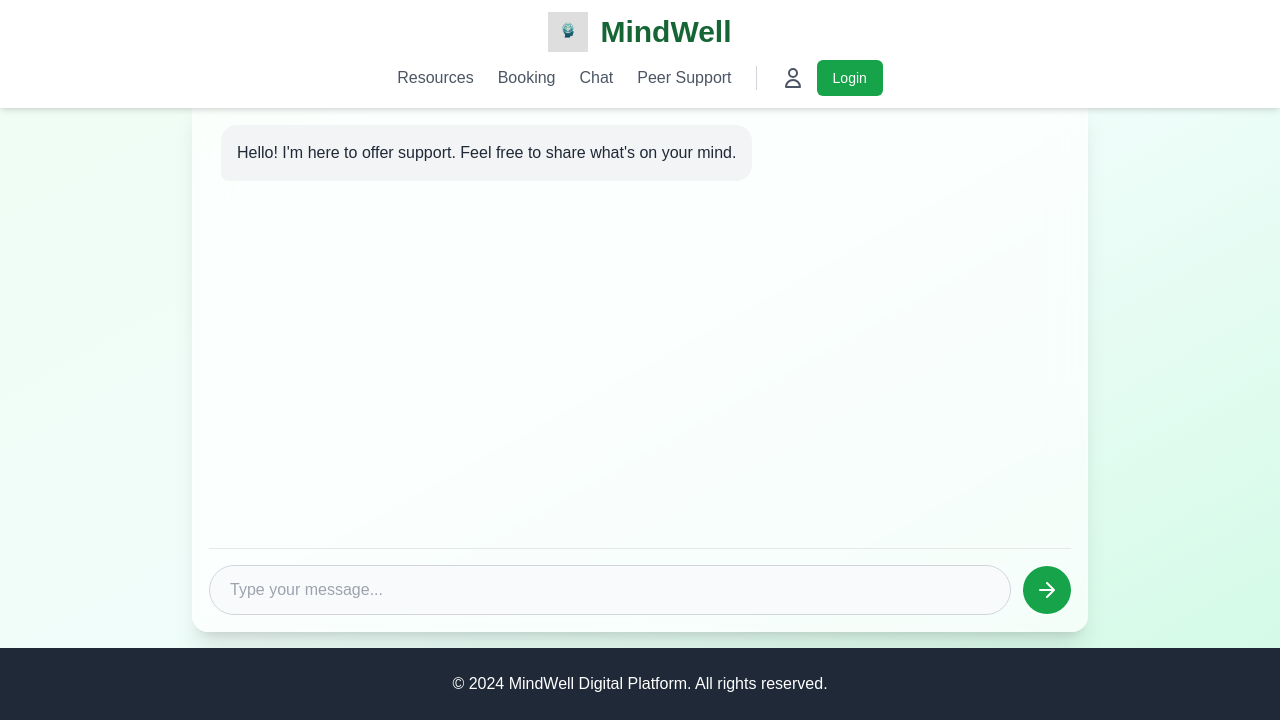
Repository: alokse24b01025/mentalhealth-project-sih-
Page: /chat (app in p1/)
These files come from the project's save history. The page is drawn as it stood at one moment and after the next save; the edit follows.
The browser window is 1280 px wide. The pictures show the whole page.
The project was rebuilt for these pictures with package versions that can differ from the ones it lists, and the page was loaded fresh each time. Also part of the build but not shown: p1/vite.config.js, p1/src/pages/HomePage.jsx, p1/src/components/ResourceCard.jsx, p1/src/data/mockResources.js, p1/src/pages/ResourcesPage.jsx, p1/src/components/CounselorCard.jsx, p1/src/data/mockCounselors.js, p1/src/pages/BookingPage.jsx and 4 more.

Above is the page before, as saved 2025-09-10 12:05:38.

### p1/index.html
<!doctype html>
<html lang="en">
  <head>
    <meta charset="UTF-8" />
    <link rel="icon" type="image/svg+xml" href="/logo.png" />
    <meta name="viewport" content="width=device-width, initial-scale=1.0" />
    <title>MINDwell</title>
  </head>
  <body>
    <div id="root"></div>
    <script type="module" src="/src/main.jsx"></script>
  </body>
</html>

### p1/src/App.jsx
import React from 'react';
import { BrowserRouter as Router, Routes, Route } from 'react-router-dom';
import { AuthProvider } from './AuthContext'; // Import the provider

// Import your pages
import HomePage from './pages/HomePage';
import ChatPage from './pages/ChatPage';
import ResourcesPage from './pages/ResourcesPage';
import BookingPage from './pages/BookingPage';
import PeerSupportPage from './pages/PeerSupportPage';
import AdminDashboard from './pages/AdminDashboard';
import LoginPage from './pages/LoginPage'; // Import the new login page
import './index.css';

function App() {
  return (
    <AuthProvider> {/* Wrap everything in AuthProvider */}
      <Router>
        <Routes>
          <Route path="/" element={<HomePage />} />
          <Route path="/chat" element={<ChatPage />} />
          <Route path="/resources" element={<ResourcesPage />} />
          <Route path="/booking" element={<BookingPage />} />
          <Route path="/peer-support" element={<PeerSupportPage />} />
         <Route path="/admin" element={<AdminDashboard />} />
          <Route path="/login" element={<LoginPage />} /> {/* Add the login route */}
        </Routes>
      </Router>
    </AuthProvider>
  );
}

export default App;

### p1/src/index.css
@tailwind base;
@tailwind components;
@tailwind utilities;

body {
  font-family: Arial, sans-serif;
  -webkit-font-smoothing: antialiased;
  -moz-osx-font-smoothing: grayscale;
}

### p1/src/AuthContext.jsx
import React, { useContext, useState, useEffect } from 'react';
import { auth } from './firebase';
import {
  onAuthStateChanged,
  signOut,
  signInWithEmailAndPassword
} from "firebase/auth";

const AuthContext = React.createContext();

// This is the function that was likely missing the 'export' keyword
export function useAuth() {
  return useContext(AuthContext);
}

export function AuthProvider({ children }) {
  const [currentUser, setCurrentUser] = useState(null);
  const [loading, setLoading] = useState(true);

  function login(email, password) {
    return signInWithEmailAndPassword(auth, email, password);
  }

  function logout() {
    return signOut(auth);
  }

  useEffect(() => {
    const unsubscribe = onAuthStateChanged(auth, user => {
      setCurrentUser(user);
      setLoading(false);
    });

    return unsubscribe;
  }, []);

  const value = {
    currentUser,
    login,
    logout
  };

  return (
    <AuthContext.Provider value={value}>
      {!loading && children}
    </AuthContext.Provider>
  );
}

### p1/src/pages/ChatPage.jsx
import React from 'react';
import Header from '../components/Header';
import Footer from '../components/Footer';
import Chatbot from '../components/Chatbot';

const ChatPage = () => {
  return (
    // This creates a full-height, vertical layout for the entire page
    <div className="h-screen flex flex-col bg-gradient-to-br from-green-50 via-teal-50 to-emerald-100">
      <Header />

      {/* --- FIX APPLIED HERE: Removed 'justify-center' --- */}
      {/* This main section will now align its content to the top */}
      <main className="flex-1 w-full flex flex-col items-center p-4 overflow-hidden">

        {/* This container holds all chat UI and fills the main area without overflowing */}
        <div className="w-full max-w-4xl flex-1 flex flex-col min-h-0">

          {/* The title is now guaranteed to be visible at the top of the content area */}
          <div className="text-center mb-4">
            <h2 className="text-3xl font-bold text-green-900">AI-Guided First-Aid Support</h2>
            <p className="mt-1 text-gray-600">Your confidential space to talk. Type a message to begin.</p>
          </div>

          {/* The Chatbot component will fill the remaining space below the title */}
          <Chatbot />

        </div>
      </main>

      <Footer />
    </div>
  );
};

export default ChatPage;

### p1/src/firebase.js
import { initializeApp } from "firebase/app";
import { getAuth } from "firebase/auth";

// IMPORTANT: Replace this with the firebaseConfig object you copied from the Firebase console
const firebaseConfig = {
  apiKey: "YOUR_API_KEY",
  authDomain: "YOUR_AUTH_DOMAIN",
  projectId: "YOUR_PROJECT_ID",
  storageBucket: "YOUR_STORAGE_BUCKET",
  messagingSenderId: "YOUR_MESSAGING_SENDER_ID",
  appId: "YOUR_APP_ID"
};

// Initialize Firebase
const app = initializeApp(firebaseConfig);

// Export the auth instance to be used in other parts of the app
export const auth = getAuth(app);

### p1/src/components/Header.jsx
import React, { useState } from 'react';
import { Link } from 'react-router-dom';
import logo from '../assets/logo.png';
import { useAuth } from '../AuthContext';

const Header = () => {
  const { currentUser, logout } = useAuth();
  const [isLoggingOut, setIsLoggingOut] = useState(false);

  const handleLogout = async () => {
    setIsLoggingOut(true);
    try {
      await logout();
    } catch (error) {
      console.error("Failed to log out:", error);
    } finally {
      setIsLoggingOut(false);
    }
  };

  const profileIcon = (
    <svg xmlns="http://www.w3.org/2000/svg" className="h-6 w-6" fill="none" viewBox="0 0 24 24" stroke="currentColor" strokeWidth={2}>
      <path strokeLinecap="round" strokeLinejoin="round" d="M16 7a4 4 0 11-8 0 4 4 0 018 0zM12 14a7 7 0 00-7 7h14a7 7 0 00-7-7z" />
    </svg>
  );

  return (
    <header className="bg-white shadow-md fixed top-0 w-full z-50 py-3 flex flex-col items-center">

      {/* Top Row: Centered Logo and Name */}
      <div className="mb-2">
        <Link to="/" className="flex items-center justify-center gap-x-3">
          <img src={logo} alt="MindWell Logo" className="h-10 w-auto" />
          <h1 className="text-3xl font-bold text-green-800 hidden md:block">MindWell</h1>
        </Link>
      </div>

      {/* Bottom Row: Navigation Links */}
      <nav className="flex items-center justify-center flex-wrap gap-x-6 gap-y-2 px-4">
        <Link to="/resources" className="text-gray-600 hover:text-green-600 transition-colors">Resources</Link>
        <Link to="/booking" className="text-gray-600 hover:text-green-600 transition-colors">Booking</Link>
        <Link to="/chat" className="text-gray-600 hover:text-green-600 transition-colors">Chat</Link>
        <Link to="/peer-support" className="text-gray-600 hover:text-green-600 transition-colors">Peer Support</Link>

        <div className="border-l border-gray-300 h-6"></div>

        {currentUser ? (
          <div className="flex items-center space-x-3">
            <span className="text-gray-600">{profileIcon}</span>
            <button
              onClick={handleLogout}
              disabled={isLoggingOut}
              className={`text-white px-4 py-2 text-sm rounded-md transition-colors ${
                isLoggingOut
                  ? 'bg-red-300 cursor-not-allowed'
                  : 'bg-red-500 hover:bg-red-600'
              }`}
            >
              {isLoggingOut ? '...' : 'Logout'}
            </button>
          </div>
        ) : (
          <div className="flex items-center space-x-3">
            <Link to="/login" className="text-gray-600 hover:text-green-600">
              {profileIcon}
            </Link>
            <Link
              to="/login"
              className="bg-green-600 text-white px-4 py-2 text-sm rounded-md hover:bg-green-700 transition-colors"
            >
              Login
            </Link>
          </div>
        )}
      </nav>
    </header>
  );
};

export default Header;

### p1/src/components/Footer.jsx
import React from 'react';

const Footer = () => {
  return (
    <footer className="bg-gray-800 text-white p-6 text-center">
      <p>&copy; 2024 MindWell Digital Platform. All rights reserved.</p>
    </footer>
  );
};
export default Footer;

### p1/src/components/Chatbot.jsx
import React, { useState, useRef, useEffect } from 'react';

const Chatbot = () => {
  const [messages, setMessages] = useState([
    { text: "Hello! I'm here to offer support. Feel free to share what's on your mind.", sender: 'bot' }
  ]);
  const [input, setInput] = useState('');
  const [isLoading, setIsLoading] = useState(false);
  const messagesEndRef = useRef(null);

  const scrollToBottom = () => {
    messagesEndRef.current?.scrollIntoView({ behavior: "smooth" });
  };

  useEffect(scrollToBottom, [messages]);

  const handleSend = async () => {
    if (input.trim() === '') return;

    const userMessage = { text: input, sender: 'user' };
    setMessages(prev => [...prev, userMessage]);
    const currentInput = input;
    setInput('');
    setIsLoading(true);

    try {
      const response = await fetch('http://localhost:5000/api/chat', {
        method: 'POST',
        headers: {
          'Content-Type': 'application/json',
        },
        body: JSON.stringify({ message: currentInput }),
      });

      if (!response.ok) {
        throw new Error(`HTTP error! status: ${response.status}`);
      }

      const data = await response.json();
      const botMessage = { text: data.reply, sender: 'bot' };
      setMessages(prev => [...prev, botMessage]);
    } catch (error) {
      console.error("Failed to fetch from AI:", error);
      setMessages(prev => [...prev, { text: "Sorry, I'm having trouble connecting right now. Please try again later.", sender: 'bot' }]);
    } finally {
      setIsLoading(false);
    }
  };

  return (
    // --- CHANGE IS HERE ---
    // This container now grows to fill the space from its parent
    <div className="flex-1 flex flex-col bg-white/70 backdrop-blur-lg border border-white/20 shadow-xl rounded-2xl p-4 min-h-0">

      {/* This message area is now the ONLY scrollable part */}
      <div className="flex-1 overflow-y-auto mb-4 p-3 space-y-4">
        {messages.map((msg, index) => (
          <div key={index} className={`flex items-end max-w-[85%] ${msg.sender === 'user' ? 'self-end ml-auto' : 'self-start'}`}>
            <div className={`p-4 rounded-2xl ${
              msg.sender === 'user'
              ? 'bg-green-600 text-white rounded-br-lg'
              : 'bg-gray-100 text-gray-800 rounded-bl-lg'
            }`}>
              <p className="break-words">{msg.text}</p>
            </div>
          </div>
        ))}
        {isLoading && (
          <div className="flex items-end self-start">
            <div className="p-4 rounded-2xl max-w-[80%] bg-gray-100 text-gray-800 rounded-bl-lg">
              <p className="animate-pulse">AI is thinking...</p>
            </div>
          </div>
        )}
        <div ref={messagesEndRef} />
      </div>

      <div className="flex items-center border-t border-gray-200 pt-4">
        <input
          type="text"
          value={input}
          onChange={(e) => setInput(e.target.value)}
          onKeyPress={(e) => e.key === 'Enter' && !isLoading && handleSend()}
          className="flex-1 rounded-full px-5 py-3 border border-gray-300 focus:outline-none focus:ring-2 focus:ring-green-500 bg-gray-50"
          placeholder="Type your message..."
          disabled={isLoading}
        />
        <button
          onClick={handleSend}
          disabled={isLoading}
          className={`rounded-full p-3 ml-3 transition-colors ${
            isLoading
            ? 'bg-gray-300 cursor-not-allowed'
            : 'bg-green-600 text-white hover:bg-green-700'
          }`}
          aria-label="Send message"
        >
          <svg xmlns="http://www.w3.org/2000/svg" className="h-6 w-6" fill="none" viewBox="0 0 24 24" stroke="currentColor">
            <path strokeLinecap="round" strokeLinejoin="round" strokeWidth={2} d="M5 12h14M12 5l7 7-7 7" />
          </svg>
        </button>
      </div>
    </div>
  );
};

export default Chatbot;

Loaded but not shown: p1/src/main.jsx (common file); p1/tailwind.config.js (common file)

After the next save:
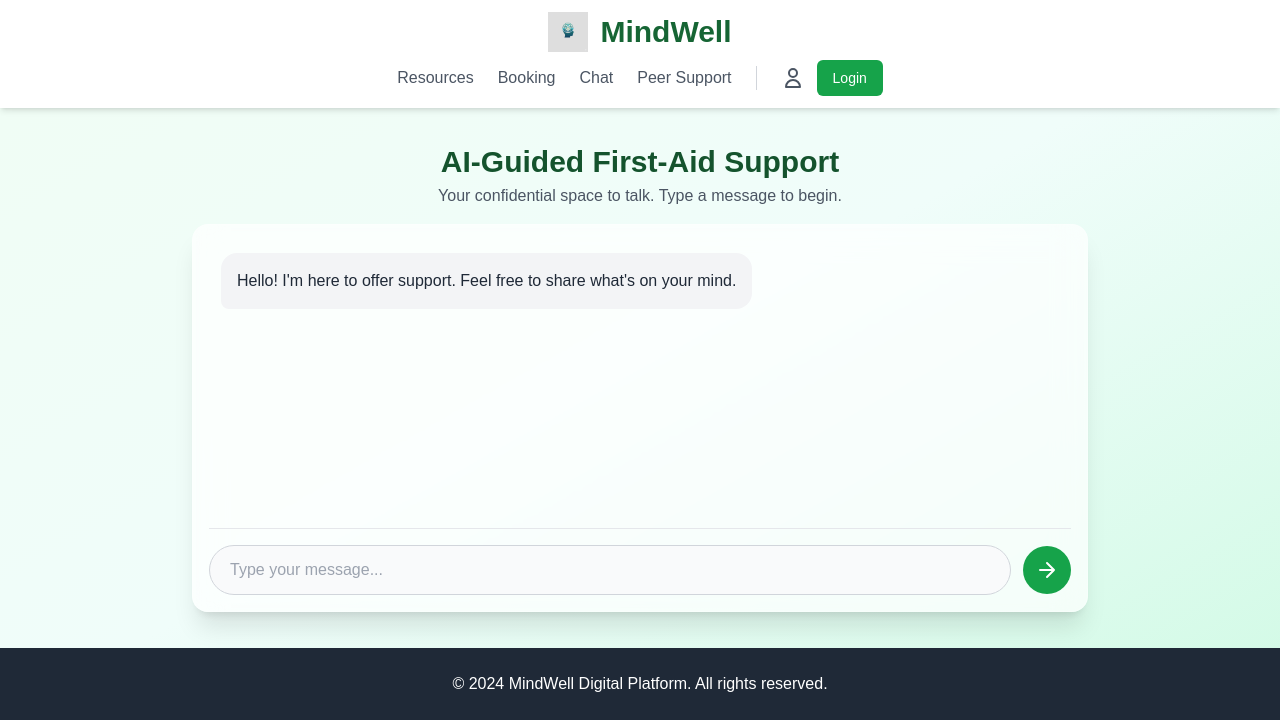
Saved 2 min 4 s later.
--- a/p1/src/pages/ChatPage.jsx
+++ b/p1/src/pages/ChatPage.jsx
@@ -9,12 +9,13 @@ const ChatPage = () => {
     <div className="h-screen flex flex-col bg-gradient-to-br from-green-50 via-teal-50 to-emerald-100">
       <Header />
 
-      {/* --- FIX APPLIED HERE: Removed 'justify-center' --- */}
-      {/* This main section will now align its content to the top */}
-      <main className="flex-1 w-full flex flex-col items-center p-4 overflow-hidden">
+      {/* --- FIX APPLIED HERE: Added 'pt-36' to push content down --- */}
+      {/* This main section will now align its content to the top, below the header */}
+      <main className="flex-1 w-full flex flex-col items-center p-4 pt-36 overflow-hidden">
 
-        {/* This container holds all chat UI and fills the main area without overflowing */}
-        <div className="w-full max-w-4xl flex-1 flex flex-col min-h-0">
+        {/* --- FIX APPLIED HERE: Replaced flex-1 with a smaller, fixed height --- */}
+        {/* This container now has a smaller, defined height */}
+        <div className="w-full max-w-4xl h-[65vh] flex flex-col">
 
           {/* The title is now guaranteed to be visible at the top of the content area */}
           <div className="text-center mb-4">
